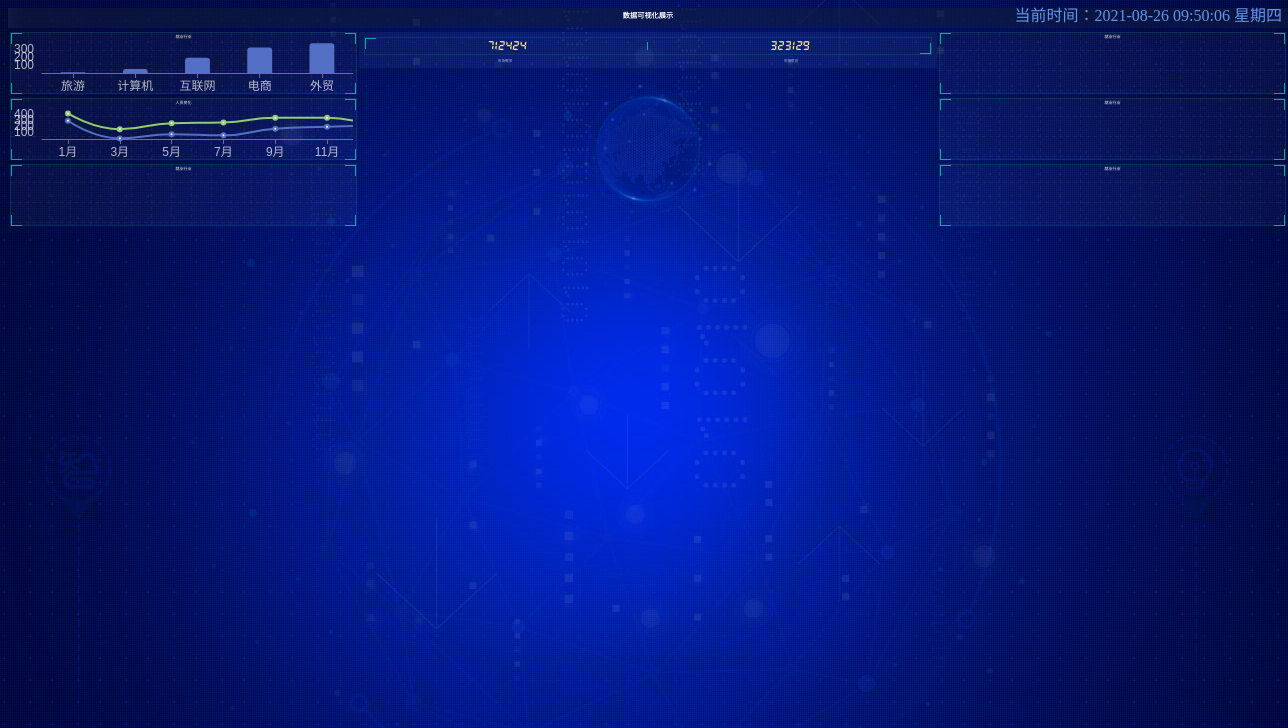
Repository: jiang-1990/DataVM
Page: /
These files come from the project's save history. The page is drawn as it stood at one moment and after the next save; the edit follows.
The browser window is 1280 px wide. The page is 1288 px wide, so the pictures cover 1288 px, including what lies to the right of the window. The pictures show the whole page.
The project was rebuilt for these pictures with package versions that can differ from the ones it lists, and the page was loaded fresh each time.

Above is the page before, as saved 2021-08-27 13:34:48.

### index.html
<!DOCTYPE html>
<html>
  <head>
    <meta charset="utf-8">
    <meta name="viewport" content="width=device-width,initial-scale=1.0">
    <title>mydatam</title>
  </head>
  <body>
    <div id="app"></div>
    <!-- built files will be auto injected -->
  </body>
</html>

### src/main.js
// The Vue build version to load with the `import` command
// (runtime-only or standalone) has been set in webpack.base.conf with an alias.
import Vue from 'vue'
import App from './App'
import router from './router'
import 'lib-flexible/flexible.js'
//声明字体
import './font/font.css'

Vue.config.productionTip = false

/* eslint-disable no-new */
new Vue({
  el: '#app',
  router,
  components: { App },
  template: '<App/>'
})

### src/App.vue
<template>
  <div id="app">
    <router-view/>
  </div>
</template>

<script>
export default {
  name: 'App'
}
</script>

<style>
body{
  background-image: url('assets/bg.jpg') ;
  background-Repeat : 'no-repeat';
  background-Size : '100% 100%';
  background-position: center;/* 背景图随屏幕尺寸变化 背景图两边隐藏 图片不压缩 */
}
html,body {
  width: 100%;
  height: 100%;
}

</style>

### src/router/index.js
import Vue from 'vue'
import Router from 'vue-router'
import bigScreen from '@/components/bigScreen'

Vue.use(Router)

export default new Router({
  routes: [
    {
      path: '/',
      name: 'bigScreen',
      component: bigScreen
    }
  ]
})

### src/font/font.css
 /* 声明字体 */
@font-face {
    font-family: 'electronicFont';
    src: url(./DS-DIGIT.ttf);
}

### src/components/bigScreen.vue
<template>
  <div>
    <div class="top">
      <h1>数据可视化展示</h1>
      <span class="time">当前时间：{{ date | dateFormat }}</span>
    </div>
    <div class="mainBox">
      <div class="culonm">
        <div class="panl bar">
          <h2>就业行业</h2>
          <div class="chart" id="bar_l"></div>
          <div class="zhuanjiao"></div>
        </div>

        <div class="panl line">
          <h2>人员变化</h2>
          <div class="chart" id="line_l"></div>
          <div class="zhuanjiao"></div>
        </div>

        <div class="panl pie">
          <h2>就业行业</h2>
          <div class="chart"></div>
          <div class="zhuanjiao"></div>
        </div>
      </div>
      <div class="culonm">
        <div class="num">
          <div class="num-hd">
            <ul>
              <li>712424</li>
              <li>323129</li>
            </ul>
          </div>
          <div class="num-bd">
            <ul>
              <li>市场需求</li>
              <li>市场供应</li>
            </ul>
          </div>
        </div>
        <div class="map">
          <div class="map1"></div>
          <div class="map2"></div>
          <div class="map3"></div>
          <div class="chart"></div>
        </div>
      </div>
      <div class="culonm">
        <div class="panl bar">
          <h2>就业行业</h2>
          <div class="chart"></div>
          <div class="zhuanjiao"></div>
        </div>

        <div class="panl line">
          <h2>就业行业</h2>
          <div class="chart"></div>
          <div class="zhuanjiao"></div>
        </div>

        <div class="panl pie">
          <h2>就业行业</h2>
          <div class="chart"></div>
          <div class="zhuanjiao"></div>
        </div>
      </div>
    </div>
    <!-- <div id="myChart" style="width:1920px; height: 400px;"></div> -->
  </div>
</template>

<script>
// 引入echarts
var echarts = require("echarts");
export default {
  data() {
    return {
      date: new Date(), //当前日期
    };
  },
  // 定义一个局部的过滤器，格式化当前时间
  filters: {
    dateFormat: (dateTime) => {
      var now = new Date(dateTime);
      var y = now.getFullYear();
      var m = (now.getMonth() + 1).toString().padStart(2, "0");
      var d = now.getDate().toString().padStart(2, "0");
      var hh = now.getHours().toString().padStart(2, "0");
      var mm = now.getMinutes().toString().padStart(2, "0");
      var ss = now.getSeconds().toString().padStart(2, "0");
      let week = now.getDay(); // 星期
      let weekArr = [
        "星期日",
        "星期一",
        "星期二",
        "星期三",
        "星期四",
        "星期五",
        "星期六",
      ];
      // 过滤器中要有返回值
      return `${y}-${m}-${d} ${hh}:${mm}:${ss} ${weekArr[week]}`;
    },
  },
  mounted() {
    this.createchartLine_l();
    this.createchartBar_l();
    var _this = this;
    this.timer = setInterval(() => {
      _this.date = new Date(); // 修改日期数据
    }, 1000);
  },
  created() {},
  methods: {
    createchartBar_l() {
      var myChart = echarts.init(document.getElementById("bar_l"));
      var option;
      option = {
        tooltip: {
          trigger: "axis",
          axisPointer: {
            // 坐标轴指示器，坐标轴触发有效
            type: "shadow", // 默认为直线，可选为：'line' | 'shadow'
          },
          backgroundColor: "rgba(0,21,49, 0.7)", //通过设置rgba调节背景颜色与透明度
          borderWidth: 0,
          textStyle: {
            color: "#fff",
          },
        },
        grid: {
          left: "0%",
          right: "0%",
          bottom: "0%",
          top: "3%",
          containLabel: true,
        },

        xAxis: [
          {
            type: "category",
            data: ["旅游", "计算机", "互联网", "电商", "外贸"],
            axisTick: {
              alignWithLabel: true,
            },
            splitLine: {
              show: false,
            },
            axisLabel: {
              color: "rgba(255,255,255, 0.7)",
            },
          },
        ],
        yAxis: [
          {
            type: "value",
            splitLine: {
              show: false,
            },
            axisLabel: {
              color: "rgba(255,255,255, 0.7)",
            },
          },
        ],
        series: [
          {
            name: "直接访问",
            type: "bar",
            barWidth: "40%",
            data: [10, 52, 200, 334, 390],
            itemStyle: {
              borderRadius: [3, 3, 0, 0],
            },
          },
        ],
      };
      myChart.setOption(option);
    },
    createchartLine_l() {
      var myChart = echarts.init(document.getElementById("line_l"));
      console.log(myChart);
      var option = {
        tooltip: {
          trigger: "axis",
          backgroundColor: "rgba(0,21,49, 0.7)", //通过设置rgba调节背景颜色与透明度
          borderWidth: 0,
          textStyle: {
            color: "#fff",
          },
        },
        legend: {
          data: ["新增粉丝", "新增游客"],
        },
        grid: {
          left: "0%",
          right: "0%",
          bottom: "0%",
          top: "3%",
          containLabel: true,
        },

        xAxis: [
          {
            type: "category",
            data: ["1月", "3月", "5月", "7月", "9月", "11月"],
            axisTick: {
              alignWithLabel: true,
            },
            splitLine: {
              show: false,
            },
            axisLabel: {
              color: "rgba(255,255,255, 0.7)",
            },
          },
        ],
        yAxis: [
          {
            type: "value",
            splitLine: {
              show: false,
            },
            axisLabel: {
              color: "rgba(255,255,255, 0.7)",
            },
          },
        ],
        series: [
          {
            name: '联盟广告',
            type: 'line',
            stack: '总量',
            smooth: true,
            data: [300, 10, 80, 60, 170, 200, 230]
        },
          {
            name: '邮件营销',
            type: 'line',
            stack: '总量',
            smooth: true,
            data: [120, 150, 180, 210, 180, 150, 180]
        },

        ],
      };
      myChart.setOption(option);
    },
  },
};
</script>

<style scoped>
@import "../css/bigScreen.css";
</style>

### src/css/bigScreen.css
* {
  margin: 0;
  padding: 0;
  box-sizing: border-box;
}
li {
  list-style-type: none;
}
.top {
  height: 1.25rem;
  background: url(../assets/head_bg.png) no-repeat;
  box-sizing: 100% 100%;
  position: relative;
}
.top h1 {
  font-size: 0.45rem;
  line-height: 1rem;
  color: #ffffff;
  text-align: center;
}
.top .time {
  line-height: 0.9375rem;
  position: absolute;
  right: 0.375rem;
  top: 0;
  color: cornflowerblue;
}
.mainBox {
  min-width: 1024px;
  max-width: 1920px;
  margin: 0 auto;
  display: flex;
  padding: 0.25rem 0.125rem 0;
}
.mainBox .culonm {
  flex: 3;
}
.mainBox .culonm:nth-child(2) {
  flex: 5;
  margin: 0 0.125rem 0.1875rem;
}
.mainBox .panl {
  position: relative;
  height: 3.875rem;
  border: 0.0125rem solid rgba(25, 186, 139, 0.17);
  background: url(../assets/line.png) rgba(255, 255, 255, 0.03);
  padding: 0 0.1875rem 0.25rem;
  margin-bottom: 0.25rem;
}
.mainBox .panl::before {
  position: absolute;
  top: 0;
  left: 0;
  width: 10px;
  height: 10px;
  border-left: 1px solid #02a6b5;
  border-top: 1px solid #02a6b5;
  content: "";
}
.mainBox .panl::after {
  position: absolute;
  top: 0;
  right: 0;
  width: 10px;
  height: 10px;
  border-right: 1px solid #02a6b5;
  border-top: 1px solid #02a6b5;
  content: "";
}
.mainBox .panl .zhuanjiao {
  width: 100%;
  height: 10px;
  position: absolute;
  bottom: 0px;
  left: 0;
}
.mainBox .panl .zhuanjiao::before {
  position: absolute;
  top: 0;
  left: 0;
  width: 10px;
  height: 10px;
  border-left: 1px solid #02a6b5;
  border-bottom: 1px solid #02a6b5;
  content: "";
}
.mainBox .panl .zhuanjiao::after {
  position: absolute;
  top: 0;
  right: 0;
  width: 10px;
  height: 10px;
  border-right: 1px solid #02a6b5;
  border-bottom: 1px solid #02a6b5;
  content: "";
}
.mainBox .panl h2 {
  font-size: 0.25rem;
  color: #ffffff;
  line-height: 0.5rem;
  text-align: center;
  height: 0.5rem;
  font-weight: 400;
}
.mainBox .panl .chart {
  height: 3.25rem;
}
.mainBox .num {
  background: rgba(101, 132, 226, 0.1);
  padding: 0.1875rem;
}
.mainBox .num .num-hd {
  position: relative;
  margin: 0.125rem;
  border: 1px solid rgba(25, 186, 139, 0.17);
}
.mainBox .num .num-hd::before {
  position: absolute;
  top: 0;
  left: 0;
  width: 10px;
  height: 10px;
  border-left: 1px solid #02a6b5;
  border-top: 1px solid #02a6b5;
  content: "";
}
.mainBox .num .num-hd::after {
  position: absolute;
  bottom: 0;
  right: 0;
  width: 10px;
  height: 10px;
  border-right: 1px solid #02a6b5;
  border-bottom: 1px solid #02a6b5;
  content: "";
}
.mainBox .num .num-hd ul {
  display: flex;
}
.mainBox .num .num-hd ul li {
  flex: 1;
  line-height: 1rem;
  font-size: 0.875rem;
  color: #ffeb7b;
  text-align: center;
  font-family: electronicFont;
}
.mainBox .num .num-hd ul li:nth-child(1) {
  position: relative;
}
.mainBox .num .num-hd ul li:nth-child(1)::after {
  position: absolute;
  top: 25%;
  right: 0;
  height: 50%;
  border-right: 1px solid #02a6b5;
  content: "";
}
.mainBox .num .num-bd {
  position: relative;
}
.mainBox .num .num-bd ul {
  display: flex;
}
.mainBox .num .num-bd ul li {
  flex: 1;
  line-height: 0.5rem;
  font-size: 0.225rem;
  color: rgba(255, 255, 255, 0.7);
  text-align: center;
}
.mainBox .map {
  height: 10.125rem;
  position: relative;
}
.mainBox .map .map1 {
  width: 6.475rem;
  height: 6.475rem;
  position: absolute;
  top: 50%;
  left: 50%;
  transform: translate(-50%, -50%);
  background: url(../assets/map.png);
  background-size: 100% 100%;
  opacity: 0.3;
}
.mainBox .map .map2 {
  width: 8.0375rem;
  height: 8.0375rem;
  position: absolute;
  top: 50%;
  left: 50%;
  transform: translate(-50%, -50%);
  background: url(../assets/lbx.png);
  background-size: 100% 100%;
  animation: rotatel1 20s linear infinite;
  opacity: 0.6;
}
@keyframes rotatel1 {
  from {
    transform: translate(-50%, -50%) rotate(0deg);
  }
  to {
    transform: translate(-50%, -50%) rotate(360deg);
  }
}
.mainBox .map .map3 {
  width: 7.075rem;
  height: 7.075rem;
  position: absolute;
  top: 50%;
  left: 50%;
  transform: translate(-50%, -50%);
  background: url(../assets/jt.png);
  background-size: 100% 100%;
  animation: rotatel2 15s linear infinite;
  opacity: 0.6;
}
@keyframes rotatel2 {
  from {
    transform: translate(-50%, -50%) rotate(0deg);
  }
  to {
    transform: translate(-50%, -50%) rotate(-360deg);
  }
}
.mainBox .map .chart {
  height: 10.125rem;
}

After the next save:
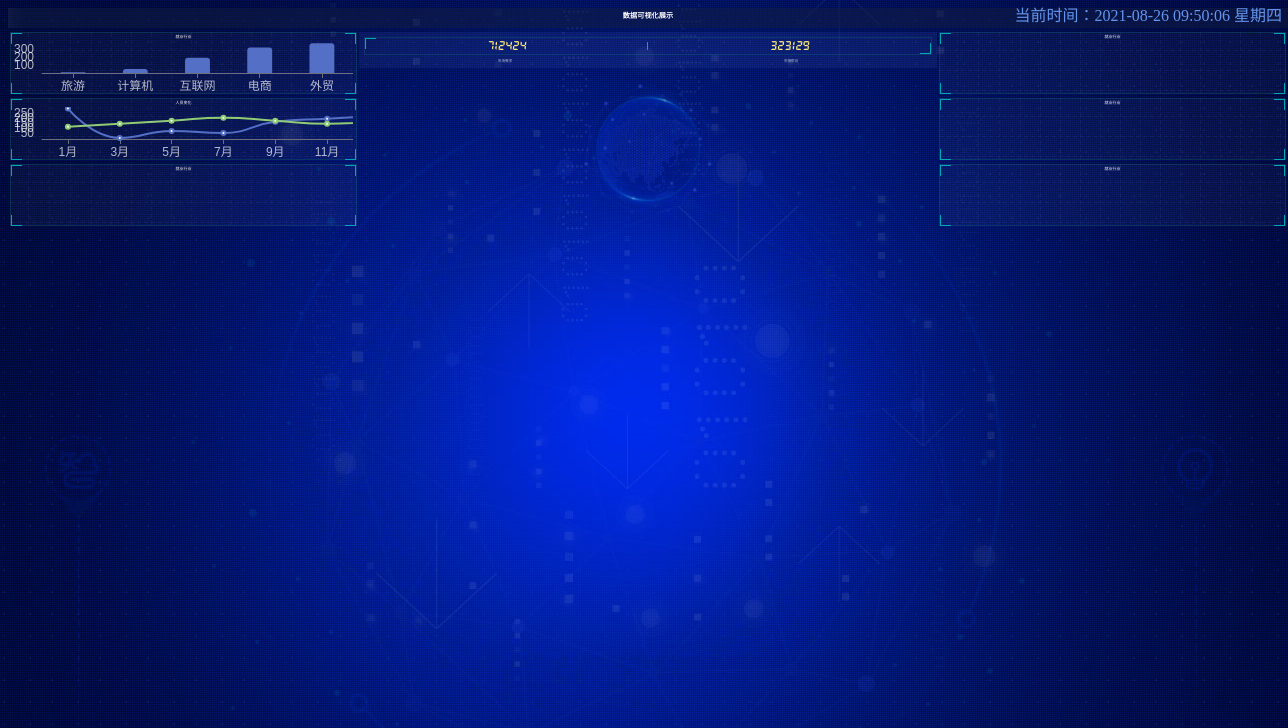
Saved 44 s later.
--- a/src/components/bigScreen.vue
+++ b/src/components/bigScreen.vue
@@ -230,14 +230,14 @@ export default {
           {
             name: '联盟广告',
             type: 'line',
-            stack: '总量',
+
             smooth: true,
             data: [300, 10, 80, 60, 170, 200, 230]
         },
           {
             name: '邮件营销',
             type: 'line',
-            stack: '总量',
+
             smooth: true,
             data: [120, 150, 180, 210, 180, 150, 180]
         },
